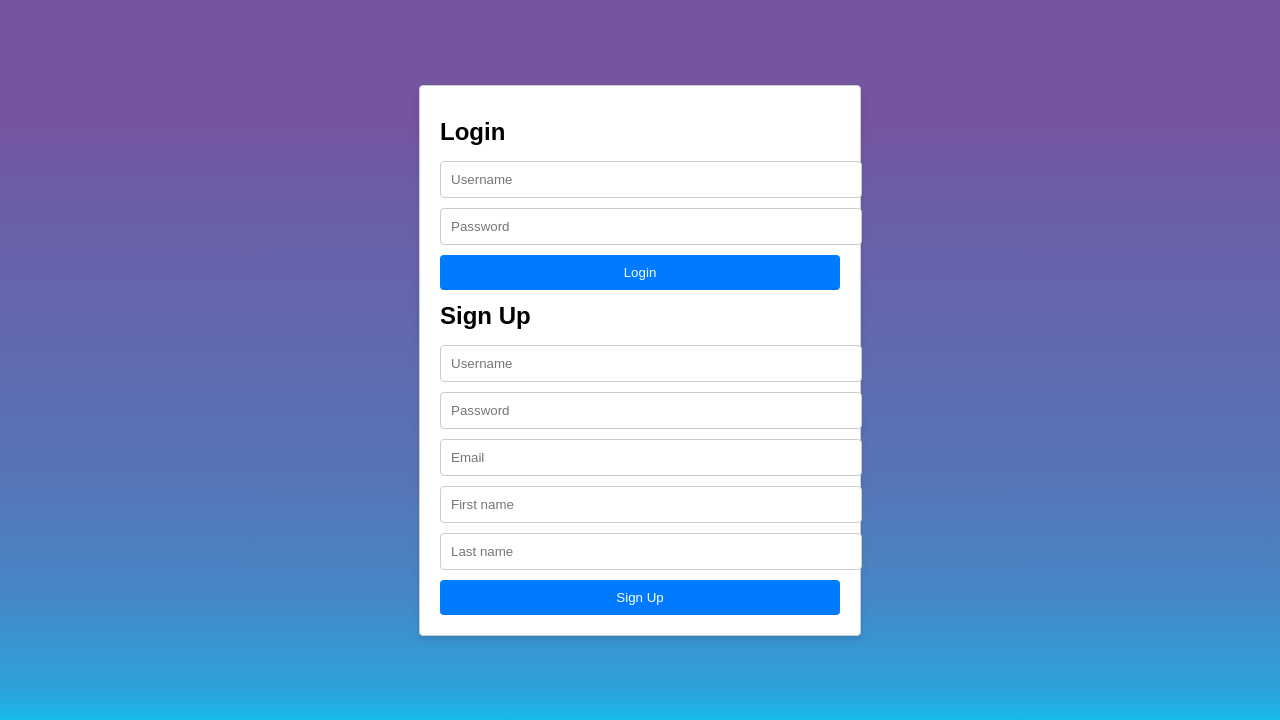
Repository: elqueben/message
Page: / (app in message-app/)
The author's editor kept a copy of each file at every save. The page is drawn from the files as they stood at one save, then again after the next save.
The browser window is 1280 px wide. The pictures show the whole page.
The project was rebuilt for these pictures with package versions that can differ from the ones it lists, and the page was loaded fresh each time. Also part of the build but not shown: message-app/vite.config.js.

Above is the page before, as saved 2023-05-08 15:31:32.

After the next save:
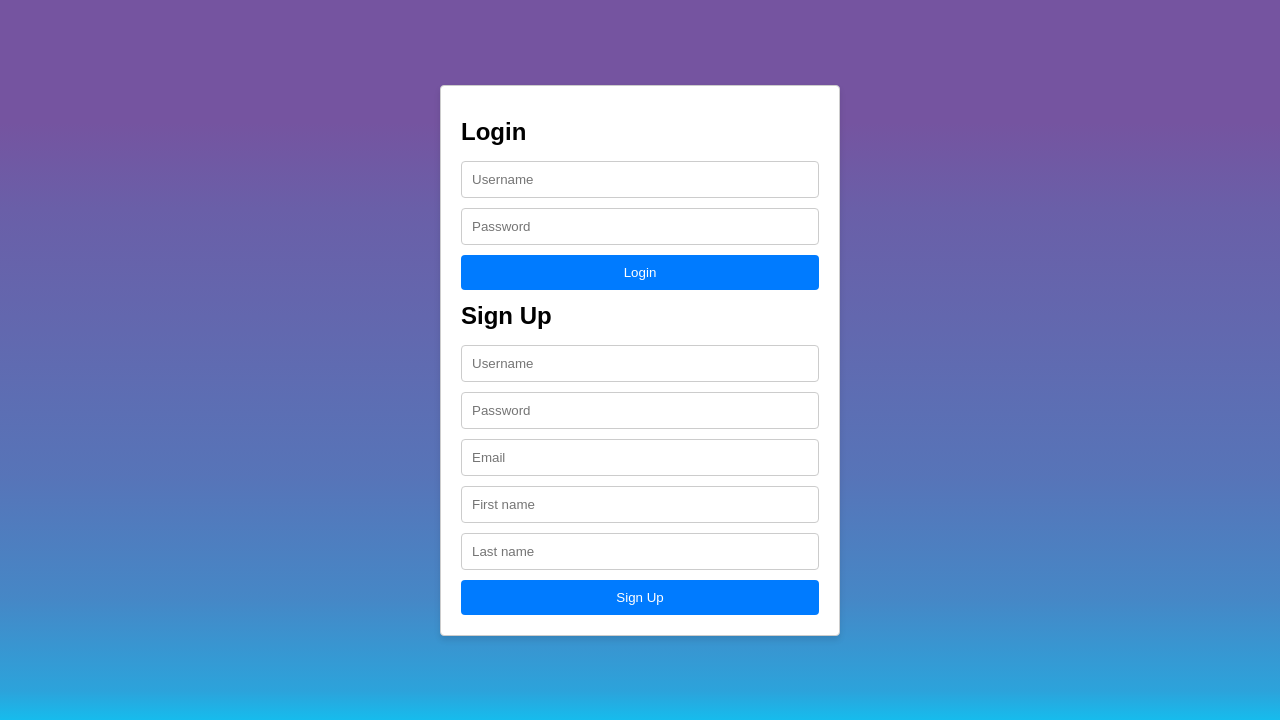
Saved 2 min 0 s later.
--- a/message-app/src/style.css
+++ b/message-app/src/style.css
@@ -1,9 +1,12 @@
 * {
   font-family: Arial;
+  box-sizing: border-box;
 }
+
 body {
-  margin: 0px;
+  margin: 0;
 }
+
 .login-page {
   width: 100vw;
   height: 100vh;
@@ -19,14 +22,9 @@ body {
     rgba(22, 188, 237, 1) 100%,
     rgba(0, 212, 255, 1) 100%
   );
-}
-
-/* Add the Bootstrap classes to the login page elements */
-.login-page {
   display: flex;
   justify-content: center;
   align-items: center;
-  height: 100vh;
 }
 
 .card {
@@ -41,8 +39,8 @@ body {
 .title {
   font-size: 24px;
   font-weight: bold;
+  margin-top: 0.75rem;
   margin-bottom: 15px;
-  margin-top: .75rem;
 }
 
 input {
@@ -51,6 +49,12 @@ input {
   margin-bottom: 10px;
   border: 1px solid #ccc;
   border-radius: 4px;
+  transition: border-color 0.2s ease-in-out;
+}
+
+input:focus {
+  outline: none;
+  border-color: #007bff;
 }
 
 button {
@@ -61,6 +65,7 @@ button {
   border: none;
   border-radius: 4px;
   cursor: pointer;
+  transition: background-color 0.2s ease-in-out;
 }
 
 button:hover {
